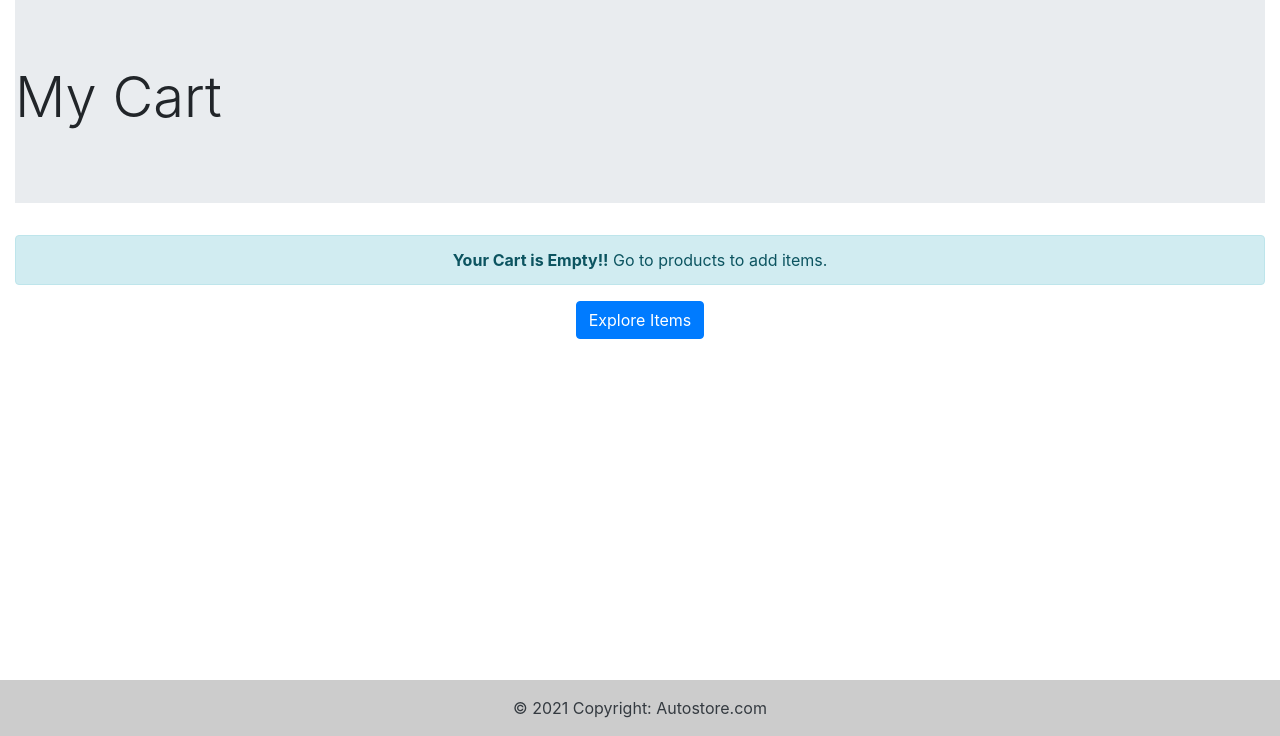
Repository: pravinsakthivel/ecommerce
Page: /cartIems
An editor plug-in stored every save of this project. The page is shown before and after a run of saves, followed by the edit.
The browser window is 1280 px wide. The pictures show the whole page.
The project was rebuilt for these pictures with package versions that can differ from the ones it lists, and the page was loaded fresh each time. Also part of the build but not shown: src/components/ProductItem.vue, src/components/UI/ShoppingCartIcon.vue, src/components/UI/NavigationBar.vue, src/components/UI/SearchBar.vue, src/components/ProductDescriptionModal.vue, src/components/ProductList.vue, src/components/UI/OrderSuccess.vue, src/components/UI/LoginPage.vue and 5 more.

Above is the page before, as saved 2021-04-10 23:02:20.

### public/index.html
<!DOCTYPE html>
<html lang="">
  <head>
    <meta charset="utf-8" />
    <meta http-equiv="X-UA-Compatible" content="IE=edge" />
    <meta name="viewport" content="width=device-width,initial-scale=1.0" />
    <link rel="icon" href="<%= BASE_URL %>favicon.ico" />
    <link
      href="https://fonts.googleapis.com/css?family=Nunito+Sans:400,400i,700,900&display=swap"
      rel="stylesheet"
    />
    <title><%= htmlWebpackPlugin.options.title %></title>
  </head>
  <style>
    #page-container {
      position: relative;
      min-height: 100vh;
    }

    #content-wrap {
      padding-bottom: 2.5rem; /* Footer height */
    }

    #footer {
      position: absolute;
      bottom: 0;
      width: 100%;
      height: 2.5rem; /* Footer height */
    }
  </style>
  <body>
    <noscript>
      <strong
        >We're sorry but <%= htmlWebpackPlugin.options.title %> doesn't work
        properly without JavaScript enabled. Please enable it to
        continue.</strong
      >
    </noscript>
    <div id="page-container">
      <div id="content-wrap">
        <div id="app"></div>
      </div>
      <footer id="footer">
        <div class="text-center text-dark p-3 footer" style="background-color: rgba(0, 0, 0, 0.2);">
          © 2021 Copyright:
          <a class="text-dark" href="#">Autostore.com</a>
        </div>
      </footer>
    </div>
    <!-- built files will be auto injected -->
  </body>
</html>

### src/main.js
import { createApp } from 'vue';
import App from './App.vue';
import router from './router.js';
import store from './store.js';
import 'bootstrap';
import 'font-awesome/css/font-awesome.min.css';
import 'bootstrap/dist/css/bootstrap.min.css';
import BaseButton from "./components/UI/BaseButton.vue";
import BaseBadge from './components/UI/BaseBadge.vue';
import TheJumbotrom from './components/UI/TheJumbotron.vue';
import BaseModal from './components/UI/BaseModal.vue';



const app = createApp(App);
app.use(router);
app.use(store);
app.component('base-button',BaseButton);
app.component('base-badge',BaseBadge);
app.component('the-jumbotron',TheJumbotrom);
app.component('base-modal',BaseModal);
app.mount('#app');

### src/App.vue
<template>
 <router-view></router-view>

</template>

<script>

export default {
  name: 'App',
}
</script>

<style >

</style>

### src/router.js
import { createRouter, createWebHistory } from "vue-router";
import ProductList from "./components/ProductList.vue";
import CartList from "./components/CartList.vue";
import OrderSuccessPage from "./components/UI/OrderSuccess.vue";
import LoginPage from "./components/UI/LoginPage.vue";
import CheckoutPage from "./components/CheckoutPage.vue";

const router = createRouter({
  history: createWebHistory(),
  routes: [
    {
      path: "/",
      redirect: "/login",
    },
    {
      path: "/cartIems",
      component: CartList,
    },
    {
      path: "/products",
      component: ProductList,
    },
    {
      path: "/orderSuccessPage",
      component: OrderSuccessPage,
    },
    {
      path: "/login",
      component: LoginPage,
    },
    {
      path:"/checkout",
      component:CheckoutPage
    }
  ],
});

export default router;

### src/store.js
import {createStore} from 'vuex';
import productModule from './store/products/index.js'

const store = createStore({
   modules:{
        products:productModule
   }
});

export default store;

### src/components/UI/BaseButton.vue
<template>
    <button
        class="btn btn-primary"
        type="submit"
        @click.prevent="clickAction"
      >
        <slot></slot>
      </button>
</template>
<script>
export default {
    emits:['click-action'],
    methods:{
        clickAction(){
            this.$emit('click-action');
        }
    }
}
</script>

### src/components/UI/TheJumbotron.vue
<template>
  <div class="jumbotron jumbotron-fluid">

      <h1 class="display-4 "><slot></slot></h1>
  </div>
</template>

### src/components/CartList.vue
<template>
  <div class="container-fluid">
    <the-jumbotron>My Cart</the-jumbotron>

    <div class="card mb-2" v-for="item in cartItems" :key="item.productId">
      <img :src="item.productImage" class="card-img-top" alt="productImage" />
      <div class="card-body">
        <h5 class="card-title">{{ item.productName }}</h5>
        <p class="card-text">
          Some quick example text to build on the card title and make up the
          bulk of the card's content.
        </p>
        <form class="form-inline">
          <label for="quantity"><strong>Quantity : </strong></label>
          <input
            type="number"
            class="form-control ml-2"
            value="1"
            min="1"
            @change="setTotalPrice($event, item.productId)"
          />
        </form>

        <p>
          <strong>
            Price : $
            <span v-text="item.cartValue ? item.cartValue : item.price"></span
          ></strong>
        </p>
        <base-modal @click-action="removeFromCart(item.productId)">
          <template #baseButton>Remove</template>
          <template #title> Remove Item</template>
          <template #body> Do you want to remove item from cart ? </template>
          <template v-slot:secondaryButton>Cancel</template>
          <template v-slot:primaryButton>Remove</template>
        </base-modal>
      </div>
    </div>

    <div v-if="cartItems.length < 1" class="text-center ">
      <div class="alert alert-info ">
        <strong>Your Cart is Empty!!</strong> Go to products to add items.
      </div>
      <base-button link toPage="/products">Explore Items</base-button>
    </div>
    <div class="text-center mb-5 mt-5" v-else>
    <base-button link toPage="/checkout">Checkout</base-button>
    </div>

  </div>
</template>
<script>
export default {
  data() {
    return {
      quantity: 1,
    };
  },
  computed: {
    cartItems() {
      return this.$store.getters["products/getCartItems"];
    },
  },

  methods: {
    removeFromCart(productId) {
      this.$store.dispatch("products/removeCartItem", productId);
    },
    itemPrice(price) {
      return this.quantity * price;
    },
    setTotalPrice(event, productId) {
      let cartItems = this.cartItems;
      cartItems.forEach((item) => {
        if (item.productId == productId) {
          let quantity = event.target.value;
          item.quantity = quantity;
          item.cartValue = quantity * item.price;
        }
      });
      this.$store.dispatch("products/setCartItems", cartItems);
    },
  },
};
</script>
<style scoped>
.card {
  flex-direction: row;
}
.card img {
  width: 20%;
}
</style>

### src/store/products/index.js
import actions from './actions.js';
import getters from './getters.js';
import mutations from './mutations.js';

export default{
    namespaced:true,
    state(){
        return{
            products: [],
            cartItems: [],
            productsIdsInCart:[],
            searchedItems:[],
            lastUpdated:null,
            loggedInUser :'',
            totalCartValue:0
        }
    },
    actions,
    getters,
    mutations
}

### src/store/products/actions.js
export default {
  async loadProducts(context,forceRefresh) {
    console.log(context.getters.shouldRefresh , forceRefresh);
    if(!context.getters.shouldRefresh && !forceRefresh){
      console.log("sending cache data");
      return;
    }
    console.log("sending fetched data");
    let url = `https://products-data-b01f9-default-rtdb.firebaseio.com/products/-MXaxOFKGRgCKs_OkzrR.json`;
    let response = await fetch(url);
    let responseData = await response.json();
    context.commit("setProducts", responseData);
    context.commit("setTimeStamp");
  },
  setProducts(context, payload) {
    context.commit("setProducts", payload);
  },
  addProductItemToCart(context, product) {
    let cartItems = [...context.getters.getCartItems, product];
    context.dispatch("addProductIdInCart", product.productId);
    context.commit("setCartItems", cartItems);
  },
  addProductIdInCart(context, data) {
    let productIdsInCart = [...context.getters.getproductIdsIncart, data];
    context.commit("setProductIdsInCart", productIdsInCart);
  },
  setCartItems(context, data) {
    context.commit("setCartItems", data);
  },
  removeCartItem(context, productId) {
    let cartItems = context.getters.getCartItems;
    let filteredItems = cartItems.filter((item) => {
      return item.productId != productId;
    });
    context.dispatch("removeProductIdInCart", productId);
    context.commit("setCartItems", filteredItems);
  },
  removeProductIdInCart(context, productId) {
    let productIdsInCart = context.getters.getproductIdsIncart;
    const index = productIdsInCart.indexOf(productId);
    if (index > -1) {
      productIdsInCart.splice(index, 1);
    }
    context.commit("setProductIdsInCart", productIdsInCart);
  },
  setSearchedItems(context, payload) {
    context.commit("setSearchedItems", payload);
  },
  setUser(context,userName){
    context.commit("setUser",userName);
  },
  resetProductIdsInCart(context){
    context.commit("setProductIdsInCart",[])
  },
  setCartValue(context,cartValue){
    context.commit("setCartValue",cartValue)
  }
};

### src/store/products/getters.js
export default {
  getProducts(state) {
    return state.products;
  },
  getCartItems(state) {
    return state.cartItems;
  },
  getproductIdsIncart(state) {
    return state.productsIdsInCart;
  },
  shouldRefresh(state) {
    let lastUpdate = state.lastUpdated;
    if (!lastUpdate) {
      return true;
    }
    const currentTimeStamp = new Date().getTime();
    return (currentTimeStamp - lastUpdate) / 1000 > 60;
  },
  getSearchItems(state){
      return state.searchedItems;
  },
  getLoggedInUser(state){
    return state.loggedInUser;
  },
  getCartValue(state){
    return state.totalCartValue;
  }
};

### src/store/products/mutations.js
export default {
  setCartItems(state, payload) {
    state.cartItems = payload;
  },
  setProducts(state, payload) {
    state.products = payload;
  },
  setProductIdsInCart(state, payload) {
    state.productsIdsInCart = payload;
  },
  setTimeStamp(state) {
    state.lastUpdated = new Date().getTime();
  },
  setSearchedItems(state, payload) {
    state.searchedItems = payload;
  },
  setUser(state, userName) {
    state.loggedInUser = userName;
  },
  setCartValue(state,cartValue){
    state.cartValue = cartValue;
  }
};

### src/components/PaymentSummary.vue
<template>
  <div>
    <h3 class="text-center">Payment Summary</h3>
    <table class="table table-striped">
      <thead>
        <tr>
          <th>Product name</th>
          <th>Quantity</th>
          <th>Price</th>
        </tr>
      </thead>
      <tbody>
        <tr v-for="item in cartItems" :key="item.productId">
          <td>{{ item.productName }}</td>
          <td>{{ item.quantity }}</td>
          <td>$ {{ item.cartValue ? item.cartValue : item.price }}</td>
        </tr>
        <tr>
          <td colspan="2" class="text-right">Total Amount</td>
          <td>
            <strong>$ {{ totalCartValue }}</strong>
          </td>
        </tr>
      </tbody>
    </table>
  </div>
</template>
<script>
export default {
  computed: {
    totalCartValue() {
      let cartvalue = 0;
      this.cartItems.forEach((element) => {
        cartvalue += element.cartValue ? element.cartValue : element.price;
      });
      this.$store.dispatch('products/setCartValue',cartvalue);
      return cartvalue;
    },
    cartItems() {
      return this.$store.getters["products/getCartItems"];
    },
  },
};
</script>

After the next 2 saves:
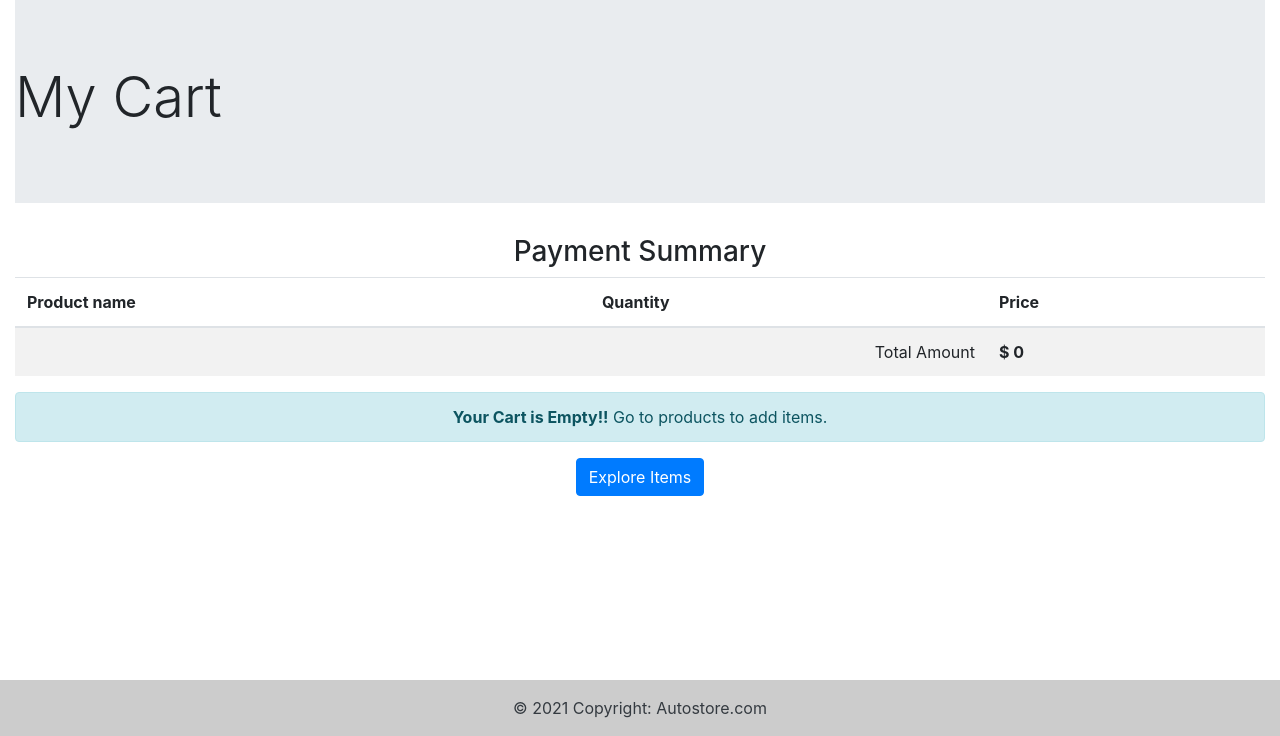
The 2 saves are shown as one change because 1 did not build or start.
The last was saved 35 s later.
--- a/src/components/CartList.vue
+++ b/src/components/CartList.vue
@@ -36,6 +36,7 @@
         </base-modal>
       </div>
     </div>
+    <payment-summary></payment-summary>
 
     <div v-if="cartItems.length < 1" class="text-center ">
       <div class="alert alert-info ">
@@ -50,7 +51,9 @@
   </div>
 </template>
 <script>
+import PaymentSummary from './PaymentSummary.vue';
 export default {
+  components: { PaymentSummary },
   data() {
     return {
       quantity: 1,

After the save that followed:
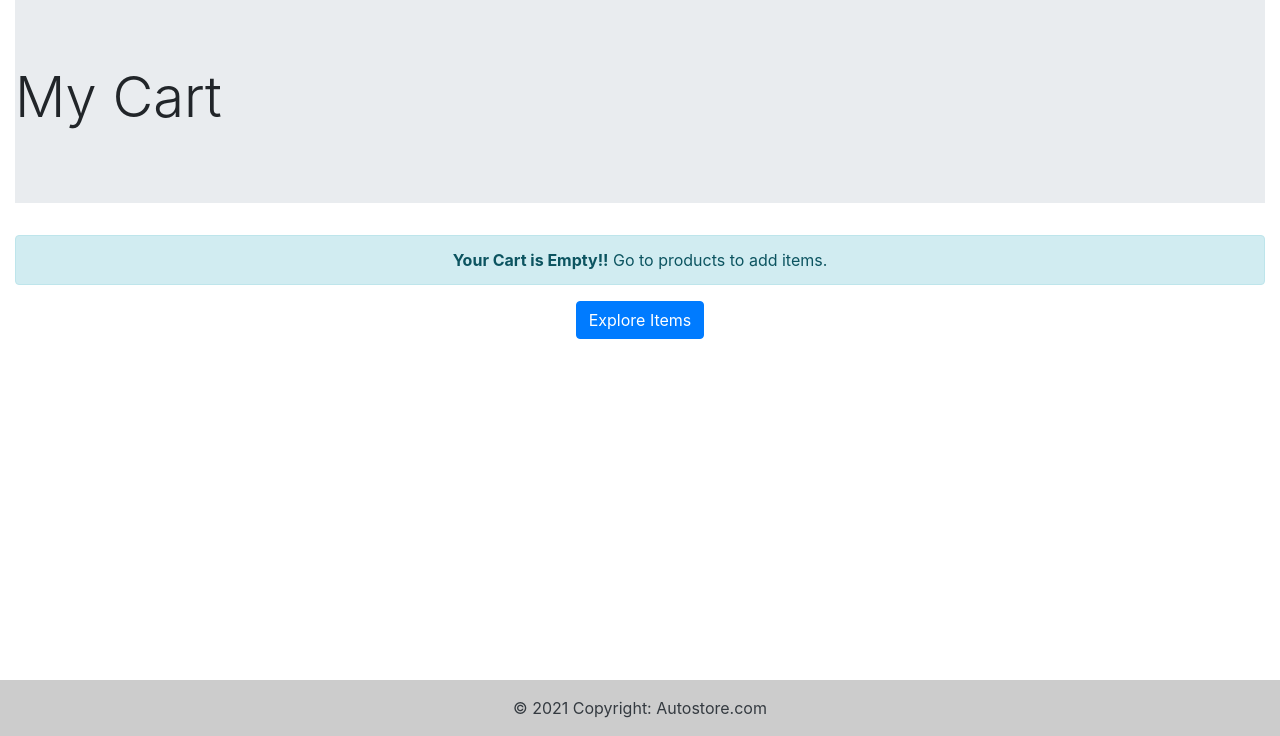
Saved 18 s later.
--- a/src/components/CartList.vue
+++ b/src/components/CartList.vue
@@ -36,7 +36,6 @@
         </base-modal>
       </div>
     </div>
-    <payment-summary></payment-summary>
 
     <div v-if="cartItems.length < 1" class="text-center ">
       <div class="alert alert-info ">
@@ -45,6 +44,8 @@
       <base-button link toPage="/products">Explore Items</base-button>
     </div>
     <div class="text-center mb-5 mt-5" v-else>
+          <payment-summary></payment-summary>
+
     <base-button link toPage="/checkout">Checkout</base-button>
     </div>
 
